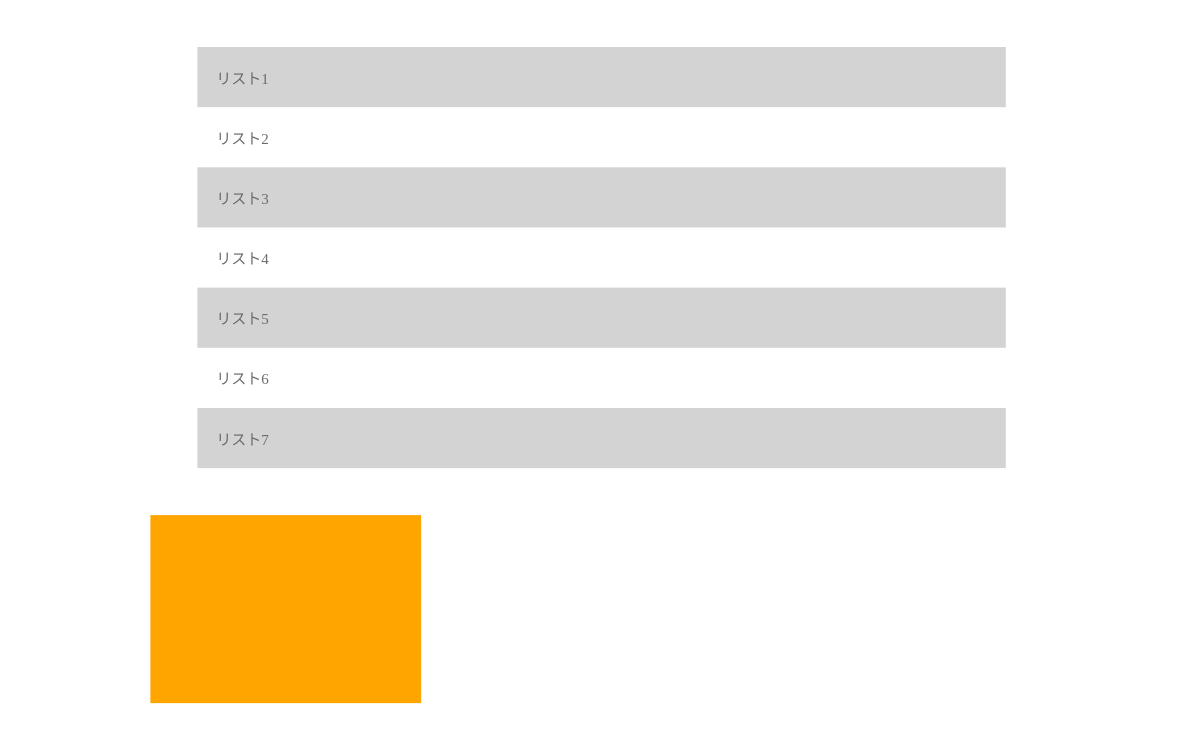
Repository: momopomi/htmlcss
Page: exercise/1-8.html
The author's editor kept a record of every edit. The page is drawn from the files as they stood at one moment, then again after the next edit.
The browser window is 1280 px wide. The pictures show the whole page, at 94% of full size.

Above is the page before.

### exercise/1-8.html
<!DOCTYPE html>
<html lang="ja">
  <head>
    <meta charset="UTF-8" />
    <!-- CSSファイルの読み込み -->
    <link rel="stylesheet" href="1-8.css" />
    <title>CARAVAN</title>
  </head>

  <body>
    <!-- header -->
    <header>
    </header>

    <!-- navigation -->
    <nav>
      <ul class="nav-list">
        <li class="nav-list-item1">リスト1</li>
        <li class="nav-list-item2">リスト2</li>
        <li class="nav-list-item3">リスト3</li>
        <li class="nav-list-item4">リスト4</li>
        <li class="nav-list-item5">リスト5</li>
        <li class="nav-list-item6">リスト6</li>
        <li class="nav-list-item7">リスト7</li>
      </ul>
    </nav>

    <main>
      <div class="main-box1">
        <div class="box1">
        <div class="box2">
        <div class="box3">
      </div>
      <div class="main-box2">
        <div class="box4">
        <div class="box5">
        <div class="box6">
      </div>
      <div class="main-box3">
        <div class="box7">
        <div class="box8">
        <div class="box9">
      </div>
    </main>

### exercise/1-8.css
/* ブラウザがそれぞれ持っているCSSをリセットするための記述 */
* {
  margin: 0;
  padding: 0;
  box-sizing: border-box;
  color: #6c6b6b;
}

.nav-list {
  width: 960px;
  padding: 50px 50px;
  margin: 0 auto;
}

.nav-list-item1, .nav-list-item3, .nav-list-item5, .nav-list-item7 {
  list-style: none;
  padding: 20px 0 20px 20px;
  background-color: lightgrey;
}

.nav-list-item2, .nav-list-item2, .nav-list-item4, .nav-list-item6 {
  list-style: none;
  padding: 20px 0 20px 20px;
}

.main-box1 {
  width: 960px;
  display: flex;
  padding-bottom: 40px;
  margin: 0 auto;
}

.main-box2{
  width: 960px;
  display: flex;
  padding-bottom: 40px;
  margin: 0 auto;
}

.main-box3{
  width: 960px;
  display: flex;
  padding-bottom: 50px;
  margin: 0 auto;
}

.box1, .box5, .box9{
  width: 30%;
  height: 200px;
  background-color: orange;
}

.boxyellow{
  width: 30%;
  height: 200px;
  background-color: yellow;
}

After the next edit:
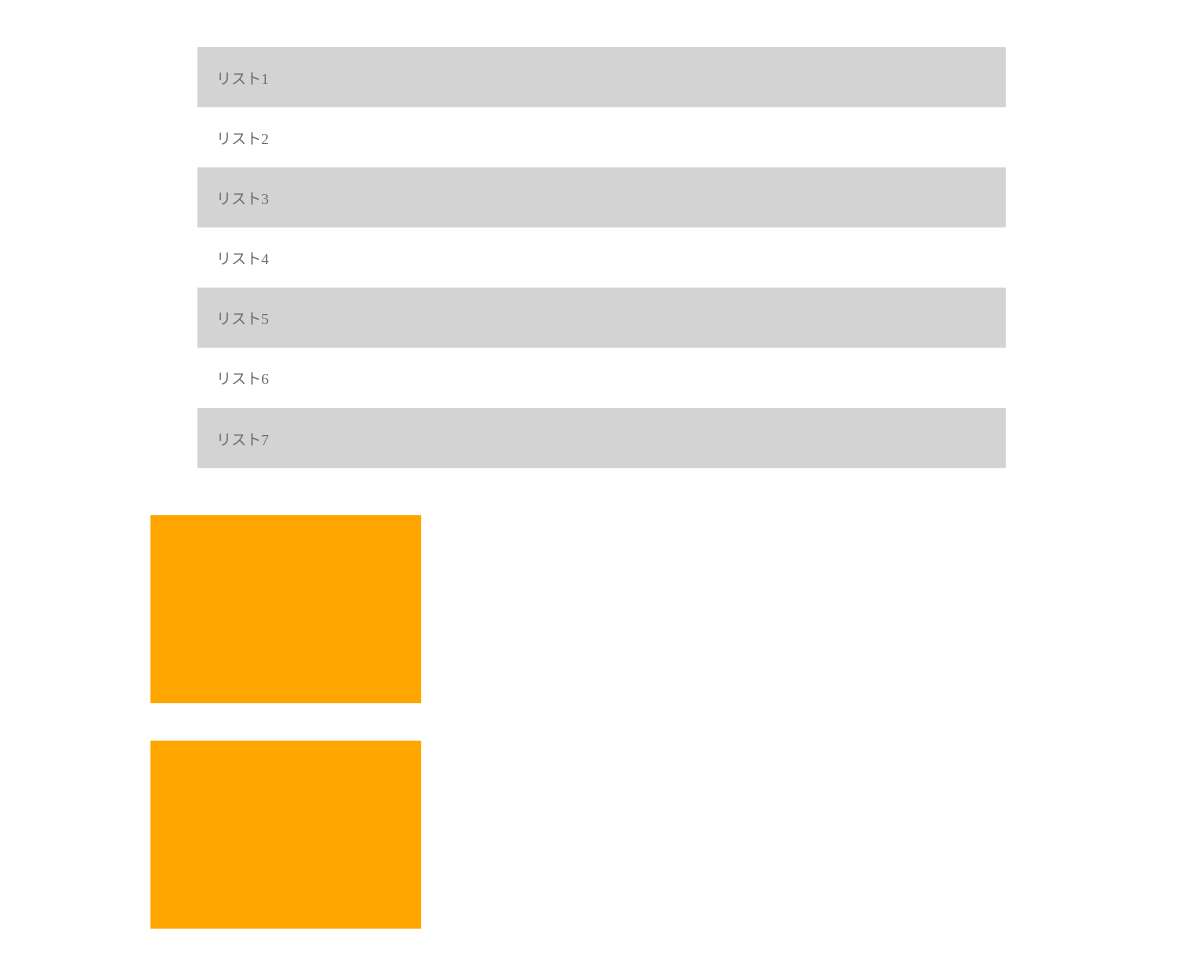
The edit:
--- a/exercise/1-8.html
+++ b/exercise/1-8.html
@@ -27,9 +27,9 @@
 
     <main>
       <div class="main-box1">
-        <div class="box1">
-        <div class="box2">
-        <div class="box3">
+        <div class="box1"></div>
+        <div class="box2"></div>
+        <div class="box3"></div>
       </div>
       <div class="main-box2">
         <div class="box4">
